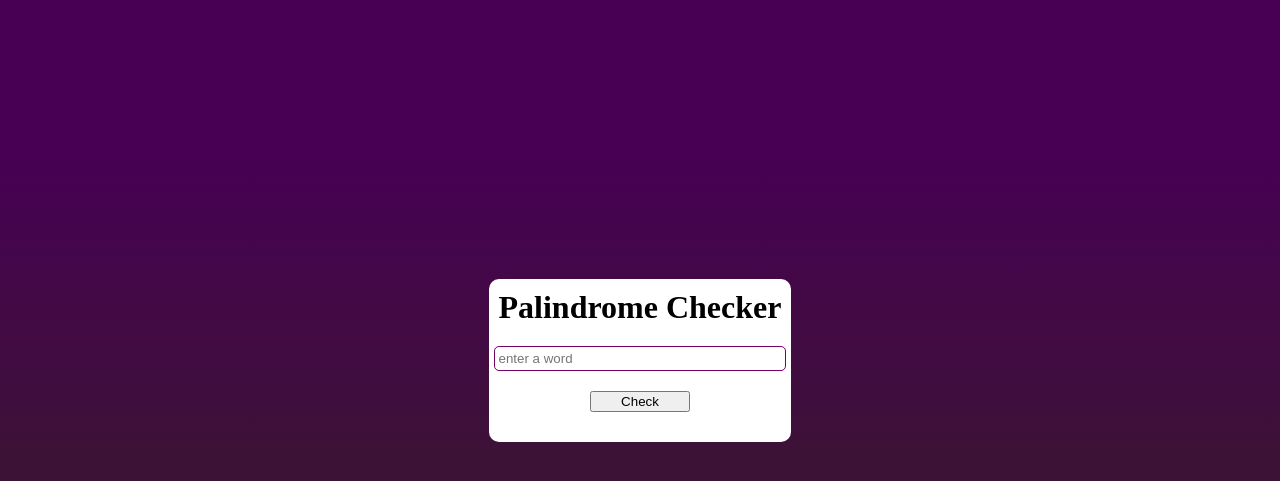
Repository: albinsabu2023/palindromeChecker
Page: index.html
An editor plug-in stored every save of this project. The page is shown before and after the next save, followed by the edit.
The browser window is 1280 px wide. The pictures show the whole page.

Above is the page before, as saved 2023-09-12 01:20:30.

After the next save:
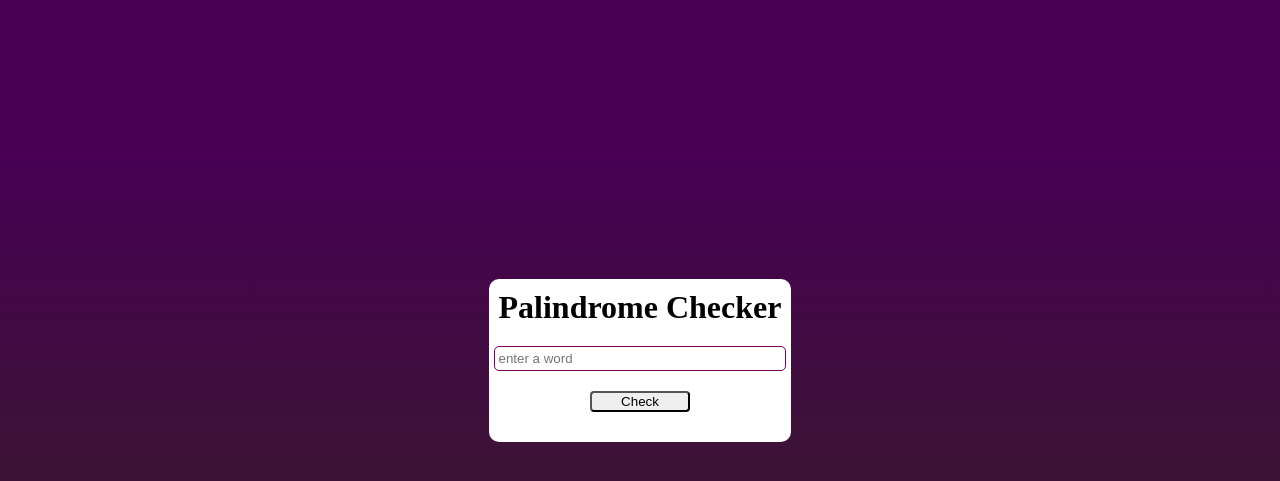
Saved 14 s later.
--- a/style.css
+++ b/style.css
@@ -31,5 +31,6 @@ body{
 }
 .container button{
     width: 100px;
+    border-radius: 4px;
 
 }
